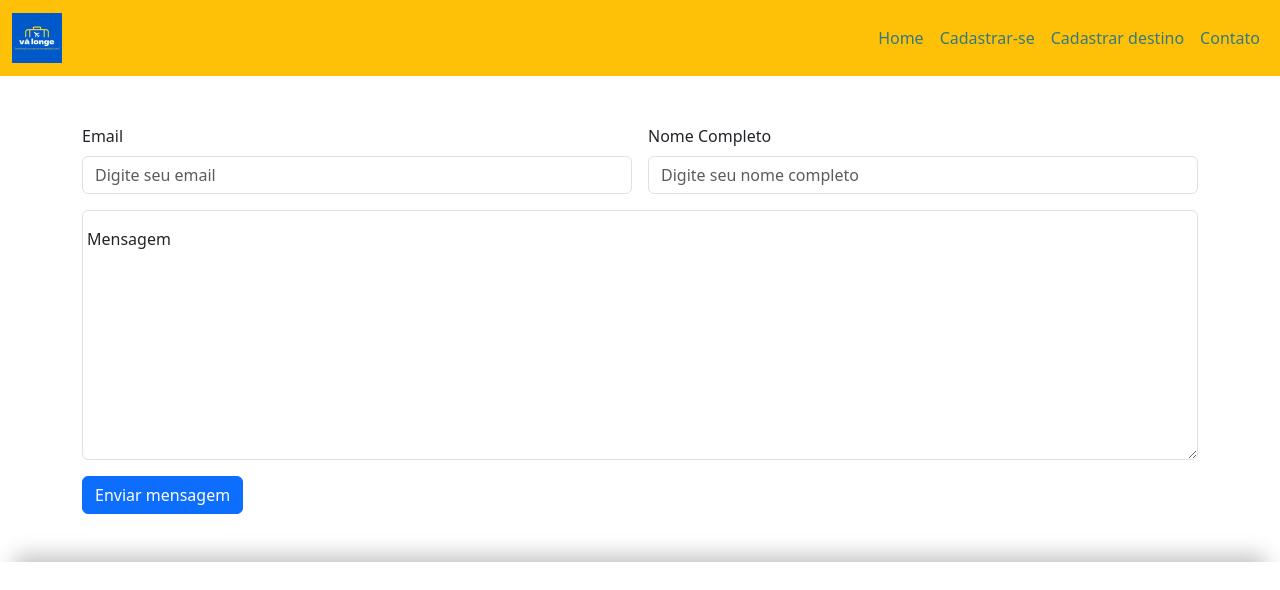
Repository: MaiconNunes315/Entrega_Recode_4
Page: Valonge/src/main/webapp/contact.html
An editor plug-in stored every save of this project. The page is shown before and after the next save, followed by the edit.
The browser window is 1280 px wide. The pictures show the part of the page from y = 0 to 590 px (the page is 960 px tall before and 1046 px after).
A picture or video elsewhere on the page could not be fetched, so the positions and the page height are approximate. Some web fonts or font styles are not loaded; a fallback is used.

Above is the page before, as saved 2023-11-05 19:19:19.

### Valonge/src/main/webapp/contact.html
<!DOCTYPE html>
<html lang="en">

<head>
    <meta charset="UTF-8">
    <meta name="viewport" content="width=device-width, initial-scale=1.0">
    <title>Vá longe - Transformando sua viagem em uma experiência incrivel</title>
    <link rel="stylesheet" href="assets/css/style_home.css">
    <link href="https://cdn.jsdelivr.net/npm/bootstrap@5.3.0/dist/css/bootstrap.min.css" rel="stylesheet"
        integrity="sha384-9ndCyUaIbzAi2FUVXJi0CjmCapSmO7SnpJef0486qhLnuZ2cdeRhO02iuK6FUUVM" crossorigin="anonymous">
    <link rel="shortcut icon" href="./assets/images/logo.png" type="image/x-icon">
    <link rel="preconnect" href="https://fonts.googleapis.com">
    <link rel="preconnect" href="https://fonts.gstatic.com" crossorigin>
    <link href="https://fonts.googleapis.com/css2?family=Josefin+Sans:wght@300;400&display=swap" rel="stylesheet">
</head>

<body class="position-relative">
    <!-- Classe com "_" substituindo "-" criado no css, não no bootstrap  -->
    <!-- Criando o cabeçalho -->

      <header>
        <nav class="navbar navbar-expand-lg bg-warning" data-bs-theme="dark">
            <div class="container-fluid">
                <a class="navbar-brand" href="index.jsp"><img src="assets/images/logo.png" alt="logo va longe"></a>
                <button class="navbar-toggler" type="button" data-bs-toggle="collapse"
                    data-bs-target="#navbarSupportedContent" aria-controls="navbarSupportedContent"
                    aria-expanded="false" aria-label="Toggle navigation">
                    <span class="navbar-toggler-icon"></span>
                </button>

                <div class="collapse navbar-collapse  justify-content-end text-center" id="navbarSupportedContent">


                    <ul class="navbar-nav mb-2 mb-lg-0">
                    <li class="nav-item">
                            <a class="nav-link style_link_hover" aria-current="page" href="index.jsp">
                                Home</a>
                        </li>
                        <li class="nav-item">
                            <a class="nav-link style_link_hover" aria-current="page" href="usuario/cadastrar">
                                Cadastrar-se</a>
                        </li>
                        <li class="nav-item">
                            <a class="nav-link style_link_hover" href="destino/cadastrarDestino.jsp">
                                Cadastrar destino
                            </a>
                        </li>
                        <li class="nav-item">
                            <a class="nav-link style_link_hover" href="contact.html">
                                Contato
                            </a>
                        </li>

                    </ul>

                </div>
            </div>
        </nav>
    </header>

    <!-- Fim do cabeçalho -->

    <section class="container py-5 ">
        <form class="row g-3">
            <div class="col-md-6">
                <label for="inputEmail4" class="form-label">Email</label>
                <input type="email" class="form-control" required placeholder="Digite seu email" id="inputEmail4"
                name="inputEmail">
            </div>
            <div class="col-md-6">
                <label for="inputPassword4" class="form-label">Nome Completo</label>
                <input type="text" class="form-control" required placeholder="Digite seu nome completo"
                    id="inputPassword4" name="inputNome">
            </div>

            <div class="form-floating">
                <textarea class="form-control" placeholder="Digite sua mensagem" id="floatingTextarea2"
                    style="height: 250px" name="inputMensagem"></textarea>
                <label for="floatingTextarea2">Mensagem</label>
            </div>

            <div class="col-12">
                <button type="submit" class="btn btn-primary">Enviar mensagem</button>
            </div>
        </form>
    </section>

    <!-- Rodapé -->

    <footer class="py-5 d-flex flex-column align-items-center">
        <div class="container d-flex justify-content-center flex-wrap gap-5">

            <div>
                <h4>Vá longe</h4>

                <p>
                    <a class="text-decoration-none text-dark footer_link" href="sobre.html">Sobre nós</a>
                </p>

                <p>SAC 21 2222-2222</p>
                <p>Atendimento Seg. a Sex: 09h às 19h</p>
                <p>CNPJ: 42.047.067/0001-21</p>
            </div>

            <div>
                <h4>Formas de pagamento</h4>
                <img width="300px" src="https://images.tcdn.com.br/img/editor/up/365915/bandeiras_cartoes.png" alt="" />

            </div>

            <div>
                <h4>Viaje com a gente</h4>
                <p> <a href="sales.html" class="text-decoration-none text-dark footer_link">Promoção</a> </p>
                <p> <a href="destiny.html" class="text-decoration-none text-dark footer_link">Destinos</a> </p>
                <p> <a href="contact.html" class="text-decoration-none text-dark footer_link">Fale conosco</a> </p>
            </div>

            <div>
                <h4>Siga nossas redes</h4>
                <a href="#" class="text-decoration-none">

                    <img src="assets/images/instagram.png" alt="icone instagram">
                </a>
                <a href="#" class="text-decoration-none">

                    <img src="assets/images/facebook.png" alt="icone facebook">
                </a>
                <a href="#" class="text-decoration-none">

                    <img src="assets/images/youtube.png" alt="icone youtube">
                </a>
            </div>
        </div>
        <div class="">
            Feito por:
            <a class="text-decoration-none text-dark" href="https://www.linkedin.com/in/maicon-nunes/" target="_blank">
                Maicon Nunes
                <img width="40px" src="assets/images/linkedin.png" alt="icone linkedin">
            </a>
        </div>
    </footer>


    <script src="https://cdn.jsdelivr.net/npm/bootstrap@5.3.0/dist/js/bootstrap.bundle.min.js"
        integrity="sha384-geWF76RCwLtnZ8qwWowPQNguL3RmwHVBC9FhGdlKrxdiJJigb/j/68SIy3Te4Bkz"
        crossorigin="anonymous"></script>
</body>

</html>

### Valonge/src/main/webapp/assets/css/style_home.css
/* .color1 { #045ccc };
.color2 { #90b8e6 };
.color3 { #075cc4 };
.color4 { #a4ad68 };
.color5 { #FFDD7A }; */

p {
    margin-bottom: 0.5rem !important;
}

header {
    background-color: #045ccc;

}

header img {
    width: 50px;
}

.style_link_hover{
color: rgb(52, 121, 126) !important;
}

.style_link_hover:hover {
    background-color: #90b8e6;
    border-radius: 5px;
}

.section_img {

    width: 100%;
    height: 60vw;
    min-height: 280px;
    background-image: url("../images/Banner1.jpg");
    background-position: center;
    background-size: cover;
    background-repeat: no-repeat;

}

.folder_container>div {
    height: 45vw;
    width: 100%;
    font-family: 'Josefin Sans', sans-serif;
    color: #FFf;

}

.folder_container h4 {
    width: 70%;
    font-size: 1rem;
    color: #045ccc;
    display: none;
}


.folder_container a {
    width: 50%;
    max-width: 200px;
}

.info_container {
    color: #FFDD7A;
}

.card_destiny {
    height: 200px !important;
    cursor: pointer;
    background-size: cover;
    background-repeat: no-repeat;
    background-repeat: center;

}

.iconImg{
	width: 30px;

}

.iconImgContainer{
	margin-left: auto;
	margin-top:5px;
	display: flex;
	gap: 5px;
}

.iconImg:hover{
	width: 40px;
}


.btn_card_absolute {
    top: 10px;
    left: 10px;
    padding: 0;
}

.btn_card_absolute p {
    margin: 5px;
}

.card_sale {
    cursor: pointer;
    -webkit-box-shadow: 22px 22px 47px -15px rgba(0, 0, 0, 0.75);
    -moz-box-shadow: 22px 22px 47px -15px rgba(0, 0, 0, 0.75);
    box-shadow: 22px 22px 47px -15px rgba(0, 0, 0, 0.75);
    transition: .7s;
}

.card_sale:hover,
.card_destiny:hover {
    transform: translateY(-10px);
}

.card_sales_img img {
    height: 190px;

}

.card_list_sale {
    list-style: url('../images/check.png');
    height: 115px;
}

.card_sale_price {
    letter-spacing: -1px;
    font-weight: 500;
}

.footer_link:hover {
    color: #0d6efd !important;
}

footer {
    -webkit-box-shadow: 0px -22px 78px -15px rgba(0, 0, 0, 0.75);
    -moz-box-shadow: 0px -22px 78px -15px rgba(0, 0, 0, 0.75);
    box-shadow: 0px -22px 20px -15px rgba(0, 0, 0, 0.24);
}

.card-info-trip {
    display: flex;
    flex-direction: column;
    max-width: 300px;
    margin: auto;
    gap: 10px;
    font-family: 'Josefin Sans', sans-serif;
    color: #80879b;
}





@media screen and (min-width:992px) {
    header {
        background: transparent;
    }

    .section_img {
        margin-top: -76px;
        top: 0;
        z-index: -1;
    }

    .folder_container h4 {
        width: 70%;
        font-size: 1rem;
        color: #045ccc;
        display: block;
    }

    .card-info-trip {
        width: 378px;
        height: 266px;
        overflow: hidden;
        max-width: none;
        margin: 0;
        flex-direction: row;
        align-items: center;
        justify-content: space-between;
        -webkit-box-shadow: 22px 22px 47px -15px rgba(0, 0, 0, 0.75);
        -moz-box-shadow: 22px 22px 47px -15px rgba(0, 0, 0, 0.75);
        box-shadow: 22px 22px 47px -15px rgba(0, 0, 0, 0.75);
        transition: all .8s;
        border-radius: 15px;


    }

    .card-info-trip:nth-child(2n) {
        align-self: flex-end;
        flex-direction: row-reverse;
    }

    .card-info-trip:hover {
        width: 100%;
        padding: 0 15px;
        height: calc(266px + 50px);

    }

    .card-info-trip>div {
        width: 50%;
    }


    .folder_container>div {
        width: 50%;

    }

    .folder_container a {
        width: 150px;
    }


}

After the next save:
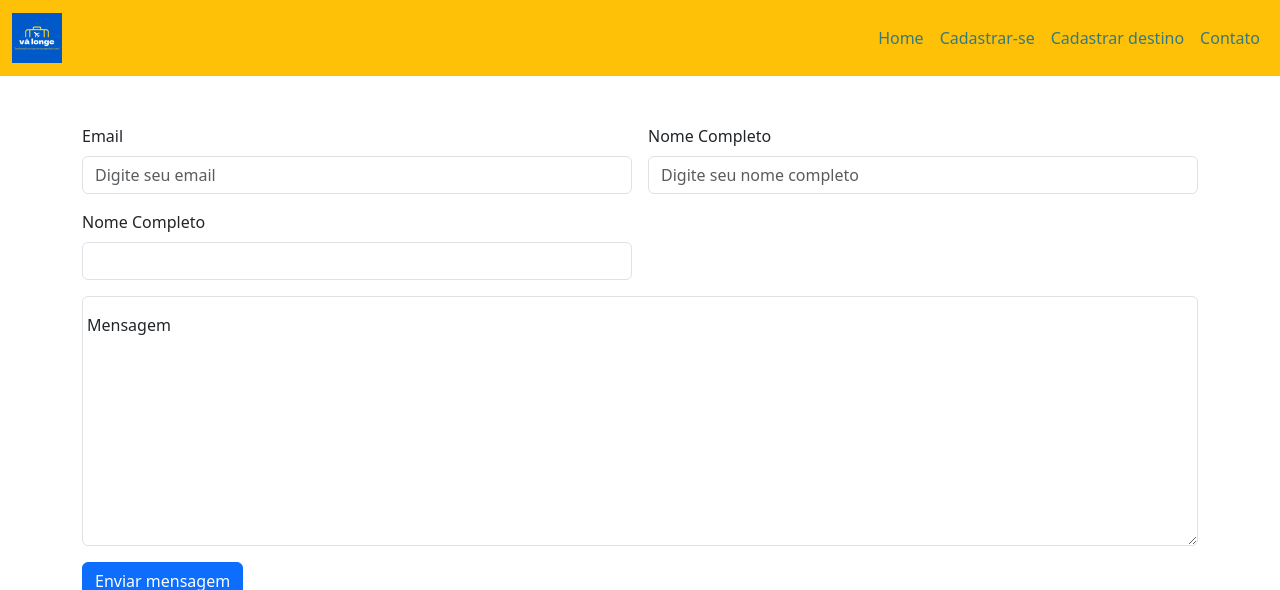
Saved 49 s later.
--- a/Valonge/src/main/webapp/contact.html
+++ b/Valonge/src/main/webapp/contact.html
@@ -71,6 +71,11 @@
                 <label for="inputPassword4" class="form-label">Nome Completo</label>
                 <input type="text" class="form-control" required placeholder="Digite seu nome completo"
                     id="inputPassword4" name="inputNome">
+            </div>
+             <div class="col-md-6">
+                <label for="inputTel" class="form-label">Nome Completo</label>
+                <input type="tel" class="form-control" required
+                    id="inputTel" name="inputTel">
             </div>
 
             <div class="form-floating">
